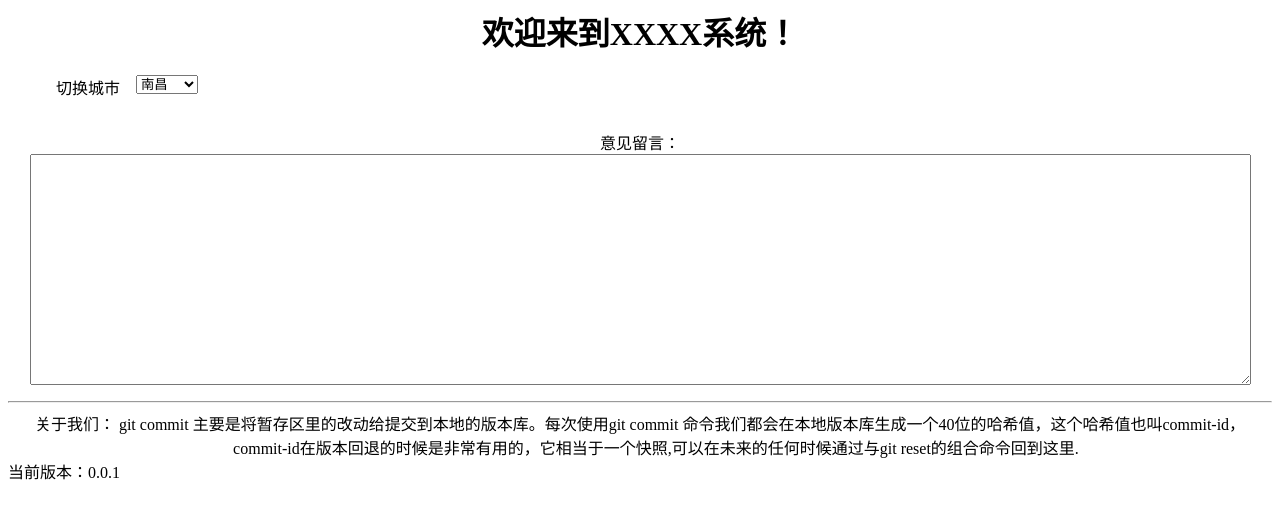
Repository: never-404/Intelligent-recommendation-system
Page: http://localhost/Intelligent-recommendation-system/mine.jsp
These files come from the project's save history. The page is drawn as it stood at one moment and after the next save; the edit follows.
The browser window is 1280 px wide. The pictures show the whole page.
The page is served by Tomcat 9. Nobody is signed in. The application's start-up code is not run.

Above is the page before, as saved 2019-04-12 10:04:38.

After the next save:
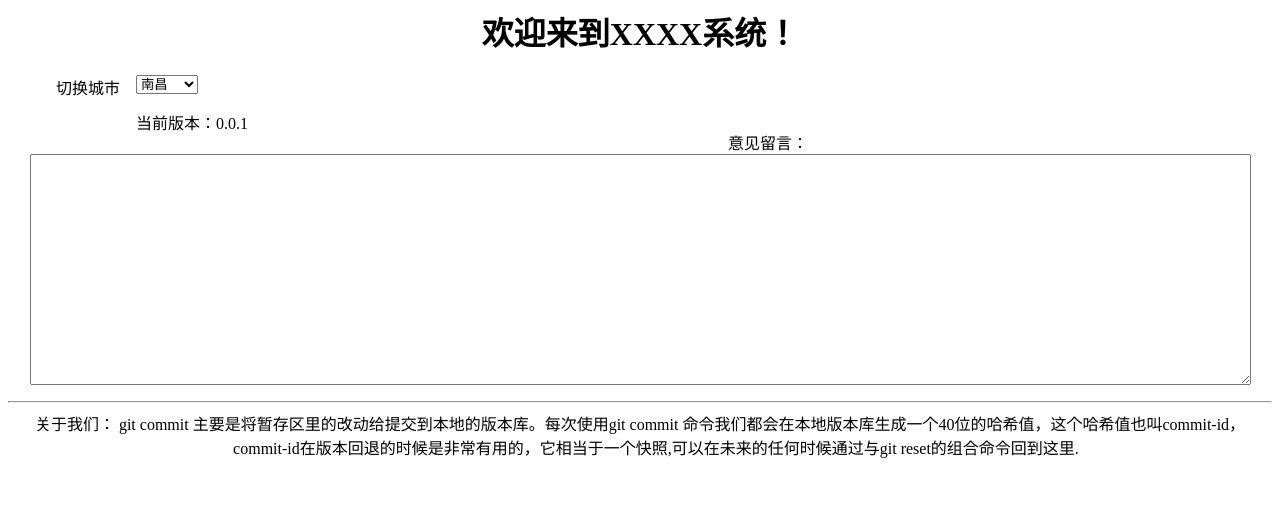
Saved 20 s later.
--- a/Intelligent-recommendation-system/WebRoot/mine.jsp
+++ b/Intelligent-recommendation-system/WebRoot/mine.jsp
@@ -41,7 +41,7 @@
     		<option>黑龙江</option>
     	</select>
         <br>
-
+        <lable><p>当前版本：0.0.1</p></lable>
         <br>
     <br>
     <div class="a">
@@ -53,7 +53,7 @@
 	关于我们： git commit 主要是将暂存区里的改动给提交到本地的版本库。每次使用git commit 命令我们都会在本地版本库生成一个40位的哈希值，这个哈希值也叫commit-id，
 　　commit-id在版本回退的时候是非常有用的，它相当于一个快照,可以在未来的任何时候通过与git reset的组合命令回到这里.
         <br>
-        <lable>当前版本：0.0.1</lable>
+
 	</div>
 
 	</body>
